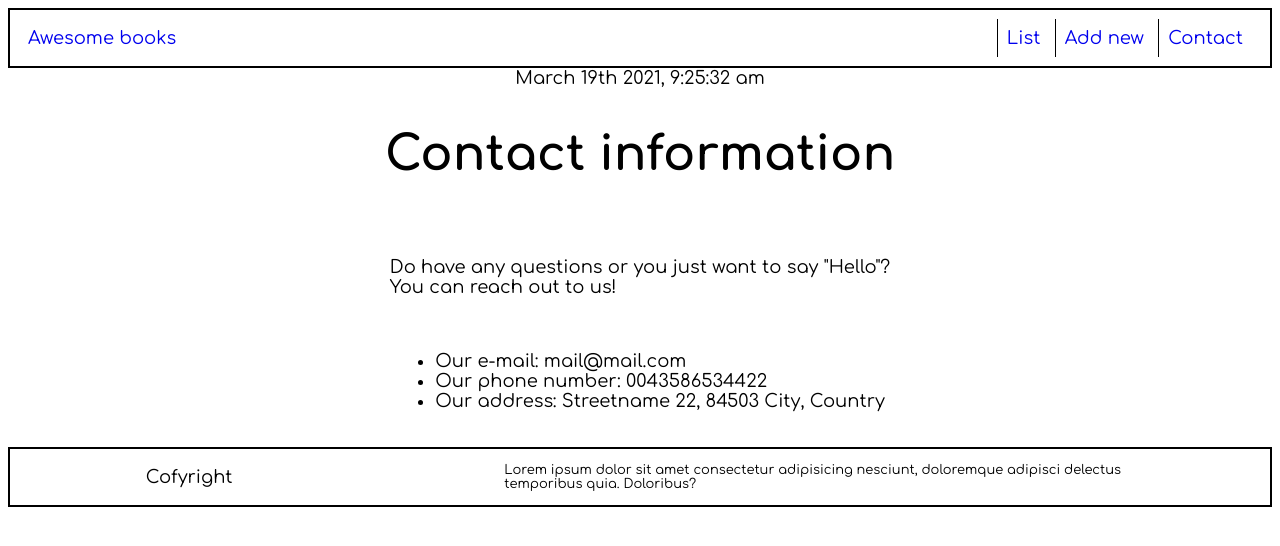
Repository: Salimer/Awesome-books
Page: index.html
The author's editor kept a copy of each file at every save. The page is drawn from the files as they stood at one save, then again after a run of saves.
The browser window is 1280 px wide. The pictures show the whole page.
The style sheet was rebuilt from its Sass, Less or Tailwind sources for each picture, by a compiler version that may differ from the author's.

Above is the page before, as saved 2023-04-26 11:28:44.

After the next 3 saves:
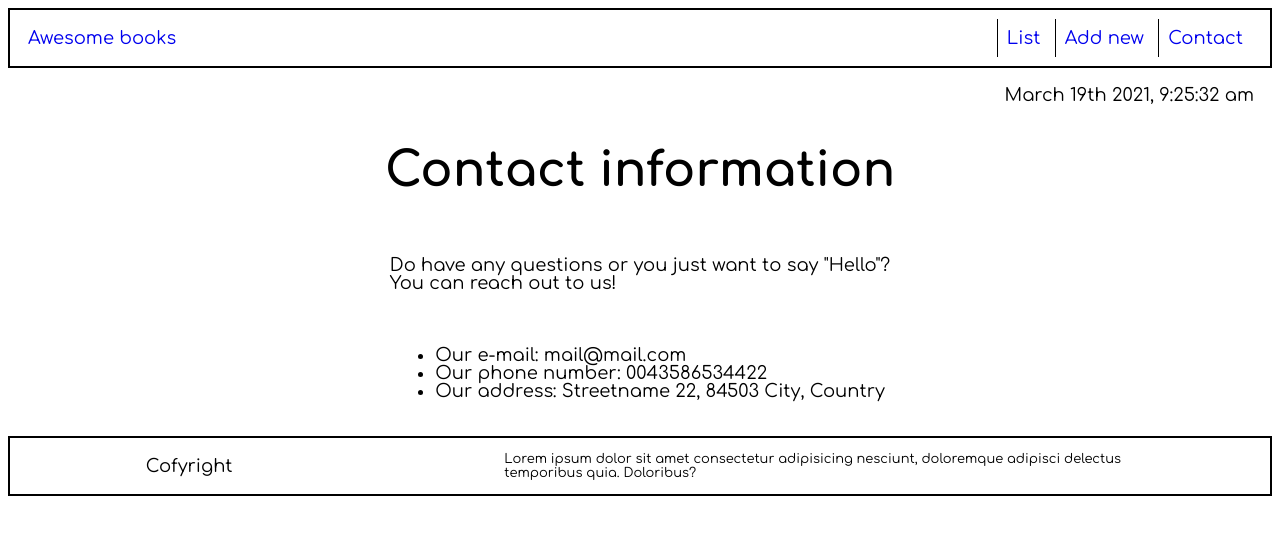
The 3 saves are shown as one change because 1 did not build or start and some came seconds apart.
The last was saved 62 s later.
--- a/style.scss
+++ b/style.scss
@@ -104,7 +104,7 @@ h1 {
   display: flex;
   flex-direction: column;
   align-items: center;
-  font-l
+  line-height: 1rem;
 
   #time {
     padding: 1rem;
